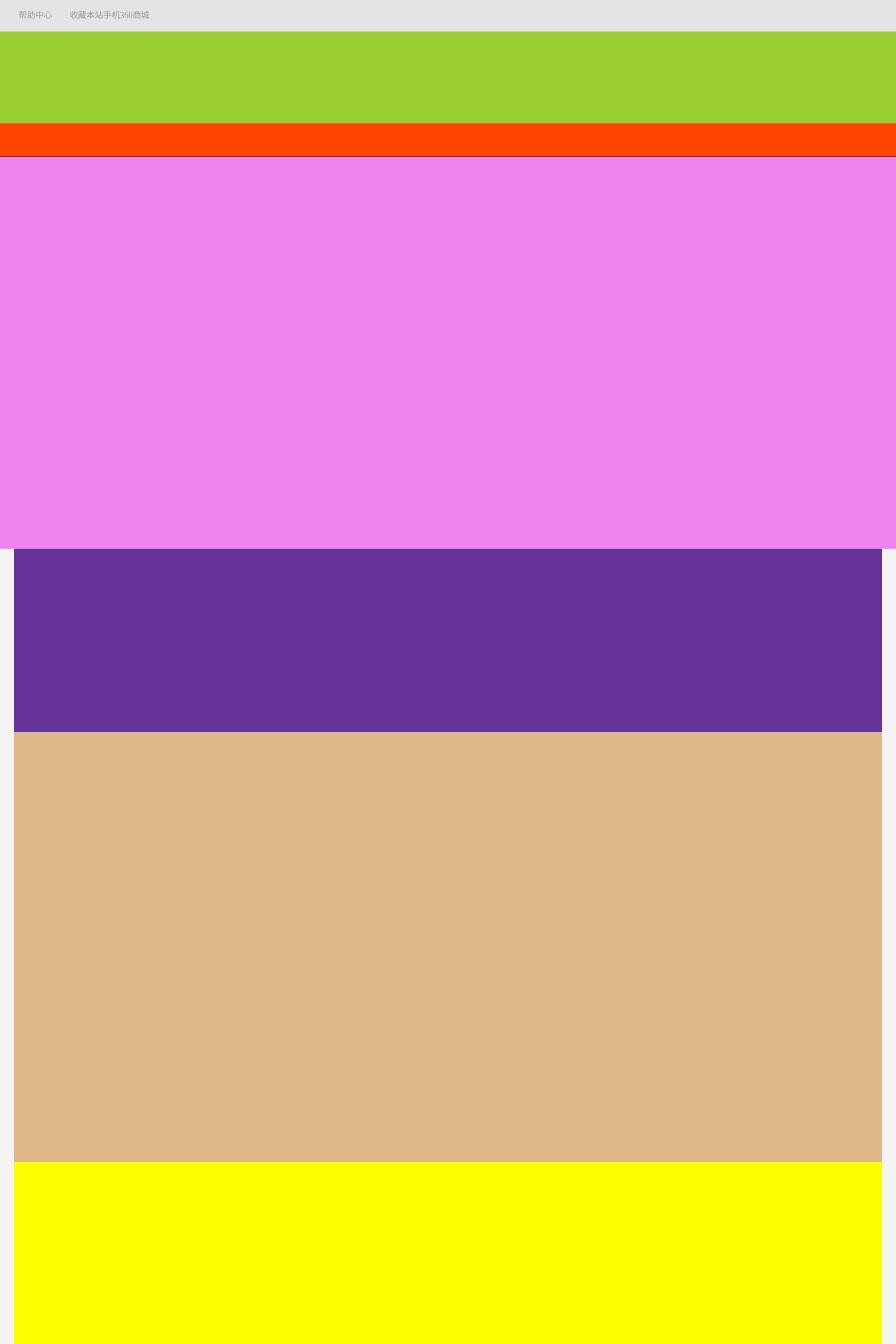
Repository: zhanguangJ/360Mark
Page: main.html
The author's editor kept a copy of each file at every save. The page is drawn from the files as they stood at one save, then again after the next save.
The browser window is 1280 px wide. The pictures show the part of the page from y = 0 to 1920 px (the page is 4307 px tall), at 70% of full size.

Above is the page before, as saved 2019-05-07 21:37:37.

### main.html
<!DOCTYPE html>
<html lang="en">
<head>
    <meta charset="UTF-8">
    <meta name="viewport" content="width=device-width, initial-scale=1.0">
    <meta http-equiv="X-UA-Compatible" content="ie=edge">
    <title>360会员商城</title>
    <link rel="stylesheet" href="src/css/base_px.css">
    <link rel="stylesheet" href="src/css/index.css">
</head>
<body>
    <!-- 头部 -->
    <div class="mod-header">
        <!-- 顶部 -->
        <div class="topbox">
            <ul class="con">
                <li class="topbox-item fl"><a href="javascript:;">帮助中心</a></li>
                 <li class="topbox-item fl"><a class="js-connect" href="javascript:;">收藏本站</a></li>
                <li class="topbox-item fl"><a class="js-connect" href="javascript:;">手机360商城</a></li>
            </ul>

        </div>
        <!-- logo加搜索区 -->
        <div class="top-container"></div>
          <!-- 导航 -->
        <div class="top-nav"></div>
    </div>

    <!-- 轮播图 -->
    <div class="mod-banner"></div>

    <!-- 主体     -->
    <div id="mod-main" class="con">
        <!-- 热门活动 -->
        <div class="mod-activity"></div>
        <!-- 限时购 -->
        <div class="mod-timeToBuy"></div>
        <!-- 热门商品 -->
        <div class="mod-hodGoods"></div>
    </div>

    <!-- 底部 -->
    <div id="mod-foot">
        <!-- 退货 -->
        <div class="foot-bannerw con"></div>
        <!-- 帮助中心 -->
        <div class="foot-containerw con"></div>
        <!-- 备案 -->
        <div class="footer-copyright">
            <p>360会员商城©2019 360公司版权所有 京ICP备08010314号-43 京公网安备11000002000006号</p>
        </div>
    </div>



</body>
</html>

### src/css/base_px.css
/*(1)清除默认样式*/
html, body, ul, li, ol, dl, dd, dt, p, h1, h2, h3, h4, h5, h6, form, fieldset, legend, img,input{
    margin:0;
    padding:0;
}

/*去掉input等聚焦时的蓝色边框*/
fieldset, img,input,button {
    border:0 none;
    padding:0;
    margin:0;
    outline-style:none;
}

ul,li,ol{
    list-style:none;
}
select, input {
    vertical-align:middle;
}

/*防止拖动*/
textarea {
    resize:none;
}

/*  去掉图片低测默认的3像素空白缝隙，或者用display：block也可以*/
/*  当a标签嵌套img,在IE6里会出现蓝色边框 方法：border:0 none;*/
img {
    border:0 none;
    vertical-align:middle;
}

table {
    border-collapse:collapse;
}

a {
    text-decoration:none;
}



/*2.添加公共样式*/
/*body {
    font:12px Arial,Verdana,"\5b8b\4f53";
    color:#666;
    background:#fff;
}*/

/*清除浮动（不管）*/
.clearfix:before,.clearfix:after {  /*清楚浮动*/
    content:"";
    display:table;
}
.clearfix:after{clear:both;}
.clearfix{
    *zoom:1;/*IE/7/6*/
}
/*设置h标签的大小，设置跟父亲一样大的字体font-size:100%;*/
h1,h2,h3,h4,h5,h6 {
    font-weight:normal;
    font-size:1em;
}
s,i,em{
    font-style:normal;
    text-decoration:none;
}


/*公共类*/
.con {  /*内容、版心 提取 */
    width: 1240px;
    margin:0 auto;
}
.fl {
    float:left;
}
.fr {
    float:right;
}
.ac {
    text-align:center;
}
.hide {
    display:none;
}
.f12{ font-size: 12px;}
.f14{ font-size: 14px;}
.f16{ font-size: 16px;}

### src/css/index.css
body{
    background-color: #f5f5f5;
    overflow: auto;
    min-width: 1240px;
}

/* 头部 */
/* 顶部 */
.topbox{
    width: 100%;
    height: 45px;
    background: #E3E4E5;
}
.topbox ul{
    height: 45px;
    padding-left: 13px;
}
.topbox ul>li>a{
    color: #999999;
    font-size: 12px;
    line-height: 45px;

}
.topbox ul>li:nth-child(1){
    margin-right: 25px;
}
.topbox ul li:nth-of-type(2){
    margin-rigth:1134px;
}

.topbox ul>li>a:hover{
    color: #58bc58;
}



/* logo 加搜索区 */
.top-container{
    width: 100%;
    height: 131px;
    background: yellowgreen;
}


/* 导航 */
.top-nav{
    width: 100%;
    height:47px ;
    background: orangered;
    border-bottom: 1px solid #000;
}


/* 轮播图 */
.mod-banner{
    height:560px;
    width: 100%;
    background: violet;
}

/* 主体 */
/* 热门活动 */
.mod-activity{
    height: 262px;
    background: rebeccapurple;
}
/* 限时购 */
.mod-timeToBuy{
    height: 614px;
    background: burlywood;
}
/* 热门商品 */
.mod-hodGoods{
    height: 2117px;
    background: yellow;
}


/* 底部 */
#mod-foot{
    width: 100%;
    background: #FFFFFF;
}

/* 退货 */
.foot-bannerw{
    height: 116px;
    background: chartreuse;
    border-top: #E8E8E8 solid 1px;
}

/* 帮助中心 */
.foot-containerw{
    height: 310px;
    border-top: 1px solid #E8E8E8;
    border-bottom: 1px solid #E8E8E8;
    background: rebeccapurple;
}

/* 备案 */
.footer-copyright{
    height: 101px;
    font-size: 12px;
    text-align: center;
    line-height: 101px;
    color: #848484;
}

After the next save:
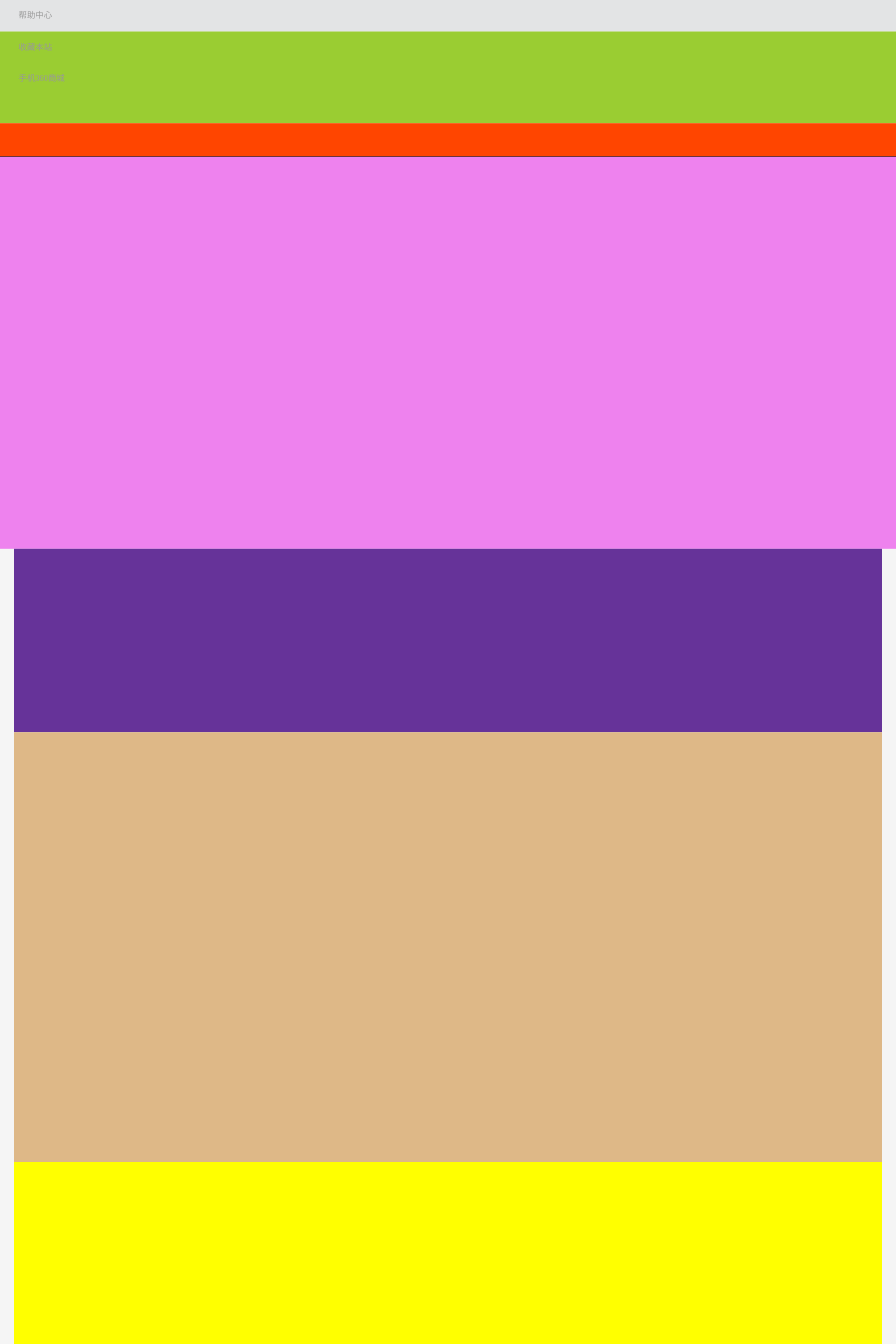
Saved 24 s later.
--- a/src/css/index.css
+++ b/src/css/index.css
@@ -25,7 +25,7 @@
     margin-right: 25px;
 }
 .topbox ul li:nth-of-type(2){
-    margin-rigth:1134px;
+    margin-right:1134px;
 }
 
 .topbox ul>li>a:hover{
